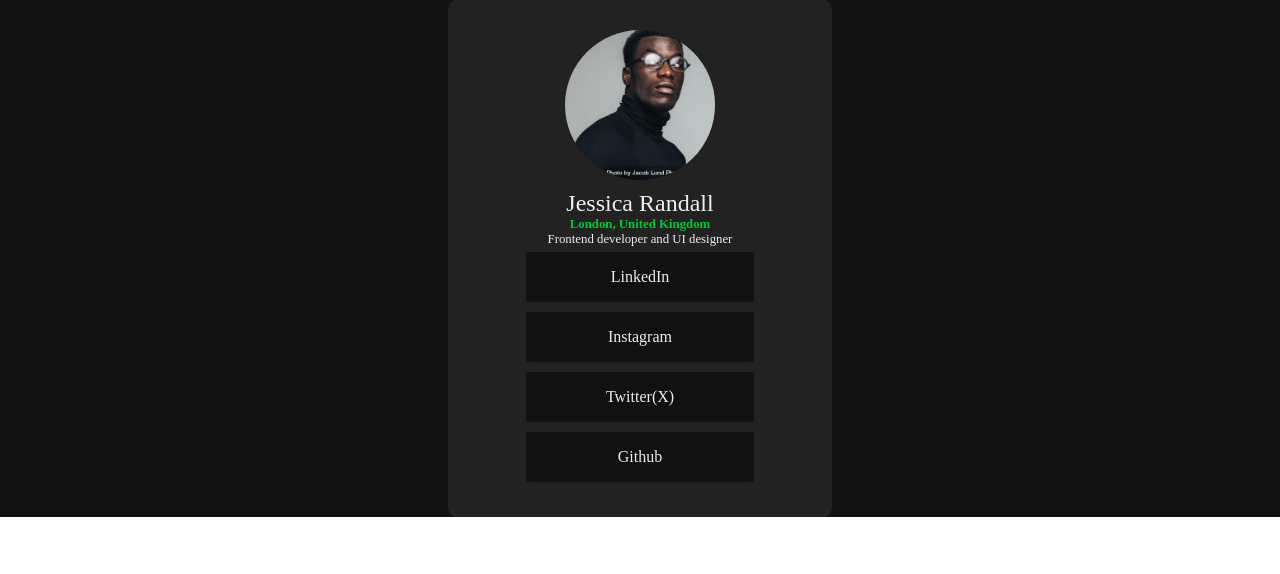
Repository: russel-success/Xcode-TASK-1
Page: index.html
These files come from the project's save history. The page is drawn as it stood at one moment and after the next save; the edit follows.
The browser window is 1280 px wide. The pictures show the whole page.

Above is the page before, as saved 2024-04-29 01:23:52.

### index.html
<!DOCTYPE html>
<html lang="en">
<head>
    <meta charset="UTF-8">
    <meta name="viewport" content="width=device-width, initial-scale=1.0">
    <title>Profile Card</title>
    <link rel="stylesheet" href="styles/styles.css">
</head>
<body>
    <div class="container">
        <div class="profile-container flex">
           <img src="assets/np_Man staring away on gray background_0VPZY4_free.jpg" alt="" class="profile-image">
            <h1>Jessica Randall</h1>
            <h2>London, United Kingdom</h2>
            <p>Frontend developer and UI designer</p>
            <div class="socials">
                <text>LinkedIn</text>
            </div>
            <div class="socials">
                <text>Instagram</text>
            </div>
            <div class="socials">
                <text>Twitter(X)</text>
            </div>
            <div class="socials">
                <text>Github</text>
            </div>
        </div>
    </div>
</body>
</html>

### styles/styles.css
*{
    padding:0;
    margin:0;
}
.container{
    width:100%;
    height:100%;
    background-color:#111;
    display:flex;
    align-items:center;
    justify-content: center;
}
.profile-container{
    background-color:#222;
    width:30%;
    background-size: contain;
    box-sizing:border-box;
    display:flex;
    flex-direction: column;
    align-items:center;
    justify-content: center;
    padding: 30px 50px;
    border-radius:2%;
}
.profile-image{
    object-fit:cover;
    width:150px;
    height:150px;
    border-radius:50%;
    margin-bottom:10px;
}
h1{
    color:#eee;
    font-family:poppins;
    font-weight:400;
    font-size:1.5rem;
}
h2{
    color:#02c933;
    font-family:poppins;
    font-size:0.8rem;
    font-weight:600;
}
p{
    font-size:0.8rem;
    color:#eee;
    font-family:poppins;
}
.socials{
    width:80%;
    height:50px;
    background:#111;
    margin:5px 0;
    text-align:center;
    align-content: center;
    color:#eee;
    font-family: poppins;
    font-weight:100;
    border-radius: 3%;
}

After the next save:
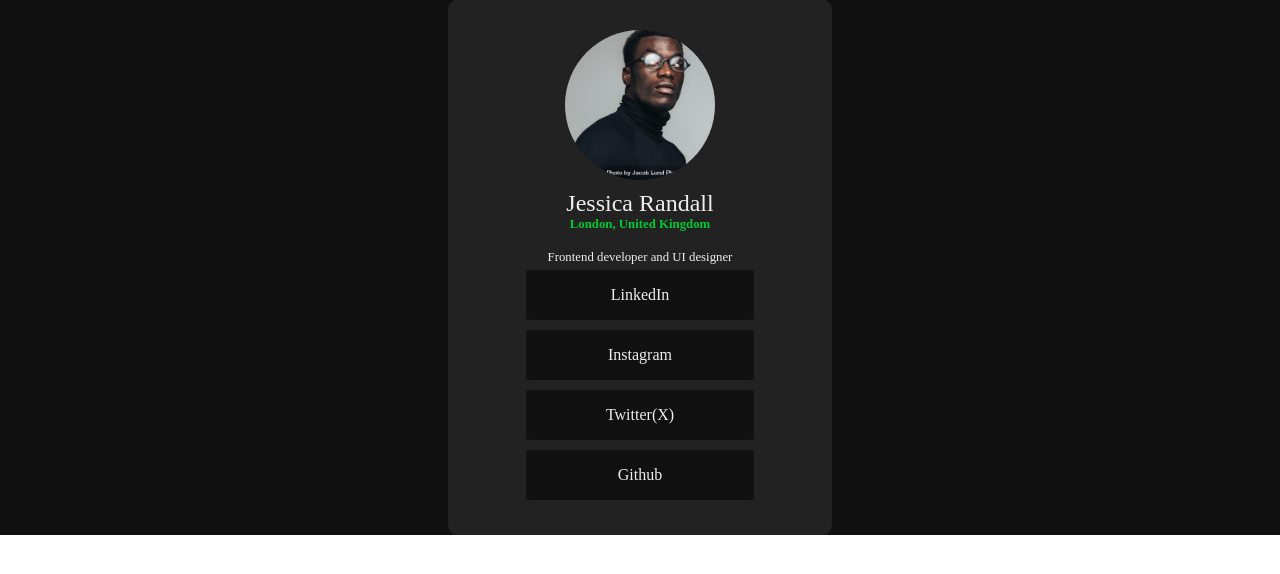
Saved 13 s later.
--- a/index.html
+++ b/index.html
@@ -11,7 +11,7 @@
         <div class="profile-container flex">
            <img src="assets/np_Man staring away on gray background_0VPZY4_free.jpg" alt="" class="profile-image">
             <h1>Jessica Randall</h1>
-            <h2>London, United Kingdom</h2>
+            <h2>London, United Kingdom</h2><br>
             <p>Frontend developer and UI designer</p>
             <div class="socials">
                 <text>LinkedIn</text>
